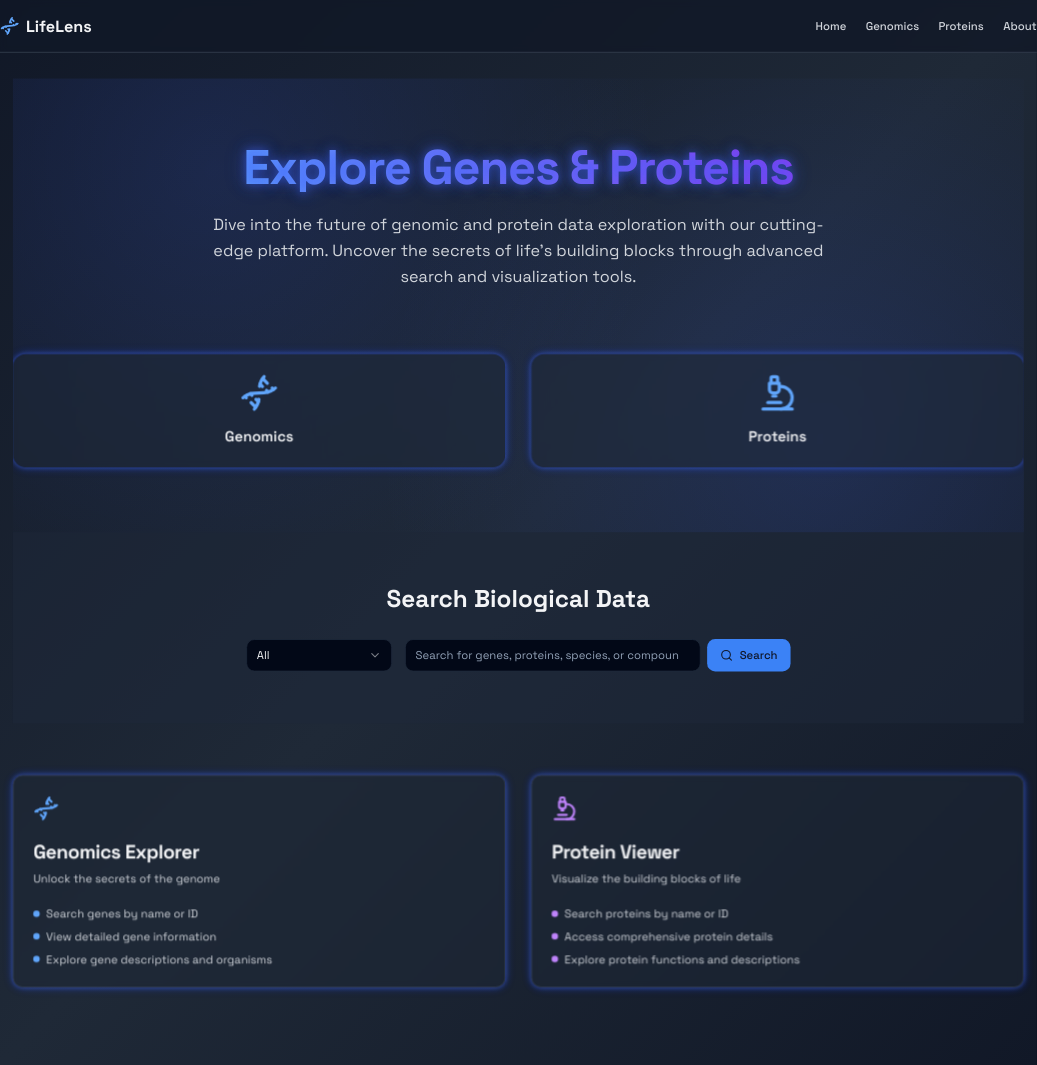
Repository: AlexMercer00/LifeLens
Page: /
The author's editor kept a copy of each file at every save. The page is drawn from the files as they stood at one save, then again after the next save.
The browser window is 1280 px wide. The pictures show the whole page, at 81% of full size.
The project was rebuilt for these pictures with package versions that can differ from the ones it lists, and the page was loaded fresh each time. The framework's server and built-in components were replaced by stand-ins that run in the browser. Also part of the build but not shown: next.config.js, components/ui/tabs.tsx, components/ui/badge.tsx, components/search-results.tsx.

Above is the page before, as saved 2024-11-17 15:14:13.

After the next save:
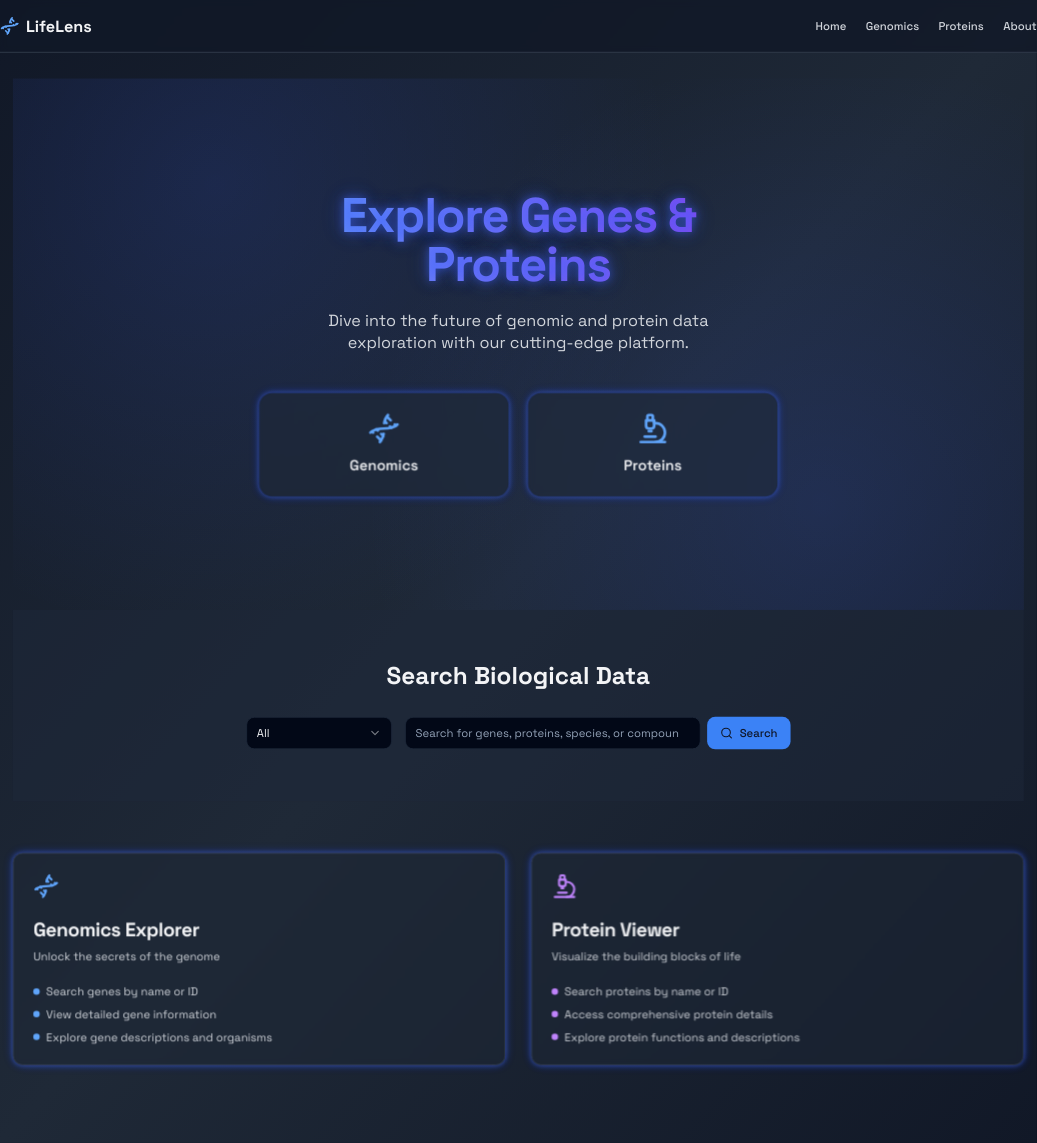
Saved 2 min 9 s later.
--- a/components/hero.tsx
+++ b/components/hero.tsx
@@ -17,28 +17,27 @@ export function Hero() {
   ]
 
   return (
-    <div className="relative overflow-hidden futuristic-bg py-20">
-      <div className="container relative z-10">
+    <div className="relative min-h-[calc(100vh-4rem)] flex items-center justify-center overflow-hidden futuristic-bg">
+      <div className="container relative z-10 py-8">
         {isMounted && (
           <motion.div
-            className="mx-auto max-w-3xl text-center"
+            className="mx-auto max-w-2xl text-center mb-12"
             initial={{ opacity: 0, y: 20 }}
             animate={{ opacity: 1, y: 0 }}
             transition={{ duration: 0.5 }}
           >
-            <h1 className="text-5xl font-extrabold tracking-tight sm:text-6xl glow bg-clip-text text-transparent bg-gradient-to-r from-blue-400 to-purple-600">
+            <h1 className="text-4xl sm:text-5xl lg:text-6xl font-extrabold tracking-tight glow bg-clip-text text-transparent bg-gradient-to-r from-blue-400 to-purple-600 mb-6">
               Explore Genes & Proteins
             </h1>
-            <p className="mt-6 text-xl leading-8 text-gray-300">
+            <p className="text-lg sm:text-xl text-gray-300 max-w-xl mx-auto">
               Dive into the future of genomic and protein data exploration with our cutting-edge platform.
-              Uncover the secrets of life's building blocks through advanced search and visualization tools.
             </p>
           </motion.div>
         )}
 
         {isMounted && (
           <motion.div
-            className="mt-20 grid grid-cols-2 gap-8"
+            className="grid grid-cols-2 gap-4 sm:gap-6 max-w-2xl mx-auto px-4"
             initial={{ opacity: 0, y: 40 }}
             animate={{ opacity: 1, y: 0 }}
             transition={{ duration: 0.5, delay: 0.2 }}
@@ -46,12 +45,12 @@ export function Hero() {
             {features.map((item, index) => (
               <motion.div
                 key={item.title}
-                className="flex flex-col items-center p-6 rounded-2xl bg-gray-800/50 backdrop-blur-sm hover:bg-gray-700/50 transition-colors neon-border"
-                whileHover={{ scale: 1.05 }}
+                className="flex flex-col items-center p-4 sm:p-6 rounded-2xl bg-gray-800/50 backdrop-blur-sm hover:bg-gray-700/50 transition-colors neon-border"
+                whileHover={{ scale: 1.02 }}
                 transition={{ type: "spring", stiffness: 300 }}
               >
-                <item.icon className="h-12 w-12 text-blue-400" />
-                <h3 className="mt-4 text-lg font-semibold text-gray-100">{item.title}</h3>
+                <item.icon className="h-8 w-8 sm:h-10 sm:w-10 text-blue-400" />
+                <h3 className="mt-2 sm:mt-3 text-base sm:text-lg font-semibold text-gray-100">{item.title}</h3>
               </motion.div>
             ))}
           </motion.div>
